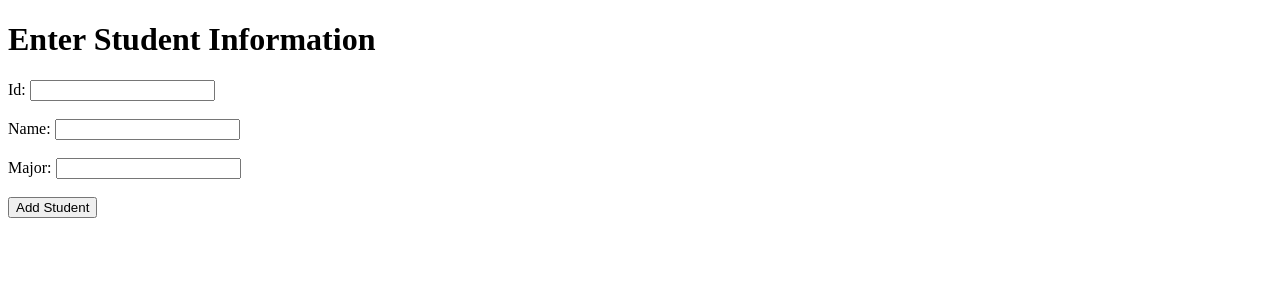
Repository: RevatureSteve/Java
Page: Week_4_JavaScript/JavaScriptClassExamples/WebContent/form.html
An editor plug-in stored every save of this project. The page is shown before and after the next save, followed by the edit.
The browser window is 1280 px wide. The pictures show the whole page.

Above is the page before, as saved 2016-09-07 18:55:24.

### Week_4_JavaScript/JavaScriptClassExamples/WebContent/form.html
<!DOCTYPE html>
<html>
<head>
<meta charset="ISO-8859-1">
<title>Add Students</title>
</head>
<body>
<h1> Enter Student Information</h1>
Id: <input type="text" id="t_id" /><br /> <br />

Name: <input type="text" id="t_name" /> <br /> <br />

Major: <input type="text" id="t_major" /><br /> <br />

<button id="add">Add Student</button>



</body>
</html>

After the next save:
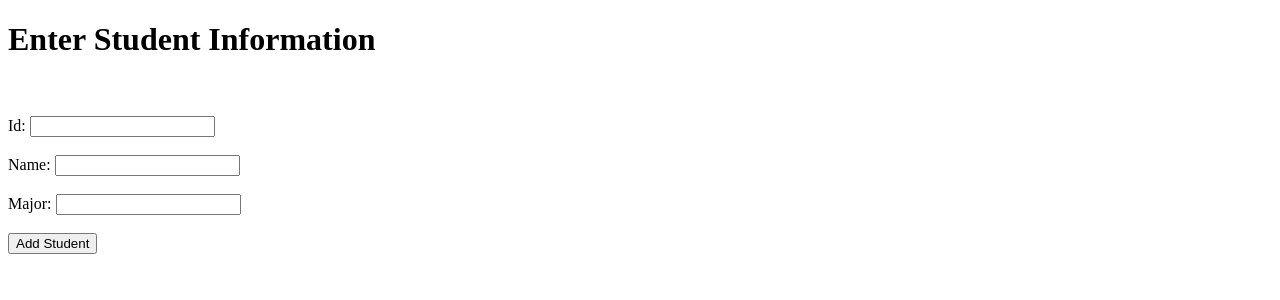
Saved 4 s later.
--- a/Week_4_JavaScript/JavaScriptClassExamples/WebContent/form.html
+++ b/Week_4_JavaScript/JavaScriptClassExamples/WebContent/form.html
@@ -5,7 +5,7 @@
 <title>Add Students</title>
 </head>
 <body>
-<h1> Enter Student Information</h1>
+<h1> Enter Student Information</h1><br /><br />
 Id: <input type="text" id="t_id" /><br /> <br />
 
 Name: <input type="text" id="t_name" /> <br /> <br />
